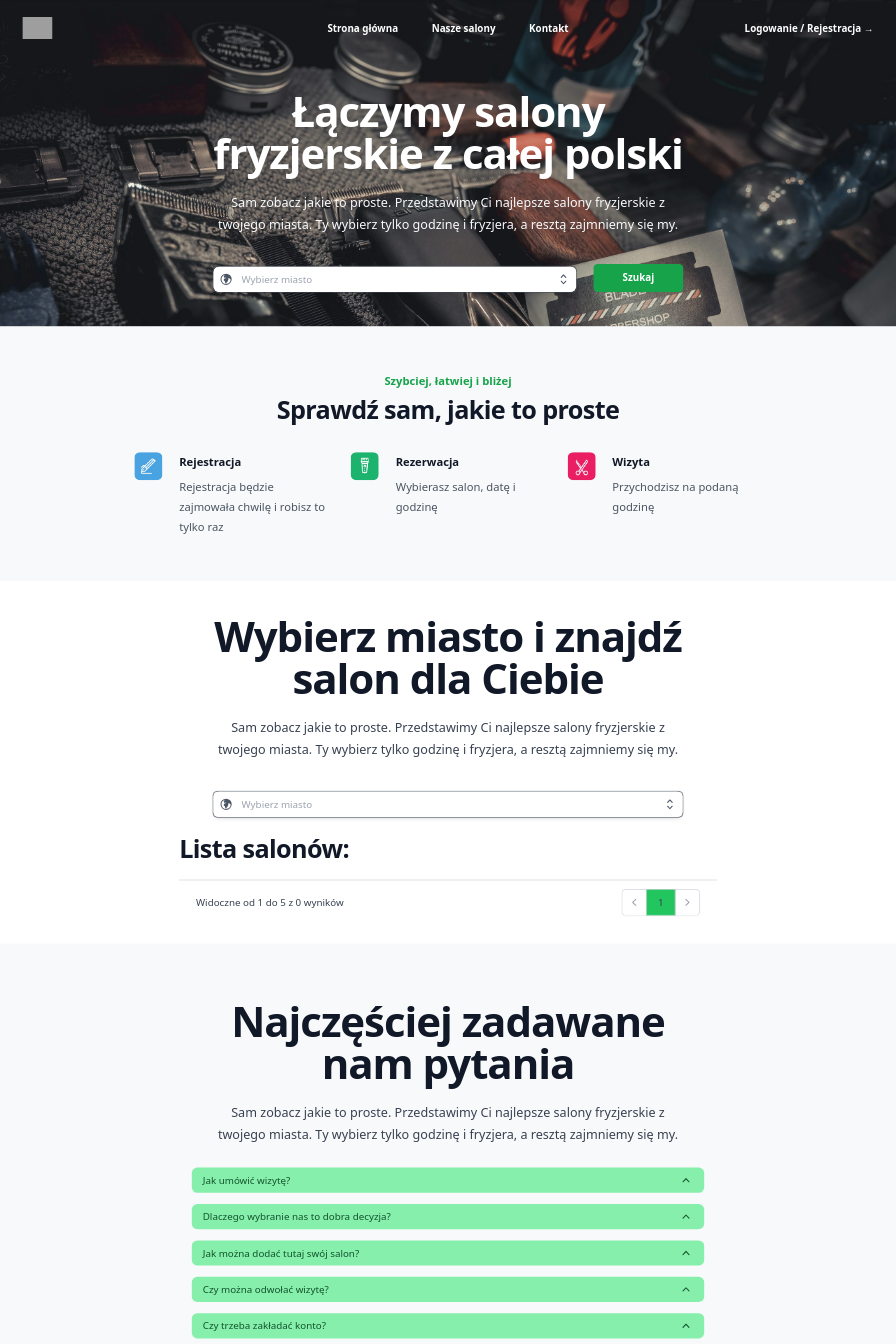
Repository: PrzemyslawJura/my-app
Page: / (app in frontend/)
These files come from the project's save history. The page is drawn as it stood at one moment and after the next save; the edit follows.
The browser window is 1280 px wide. The pictures show the part of the page from y = 0 to 1920 px (the page is 2697 px tall), at 70% of full size.
Pictures or frames that could not be fetched are drawn as grey boxes. The page's requests for data from a server got no answer. The project was rebuilt for these pictures with package versions that can differ from the ones it lists, and the page was loaded fresh each time. No one was signed in, and anything a server would have sent is missing. Also part of the build but not shown: frontend/src/home/Listbox.jsx, frontend/src/home/ListboxTime.jsx, frontend/src/home/StepOne.jsx, frontend/src/home/StepTwo.jsx, frontend/src/home/SalonOffer.jsx, frontend/src/components/Calendar.jsx, frontend/src/components/Tabs.jsx, frontend/src/biznes/CalendarOfWork.jsx and 18 more.

Above is the page before, as saved 2023-11-26 22:41:19.

### frontend/src/index.css
@tailwind base;
html {
  scroll-behavior: smooth;
}

@tailwind components;
@tailwind utilities;

### frontend/src/core/App.jsx
import BrowserRoutes from "./BrowserRoutes"
import FooterWithLogo from "./Footer"
import NavbarBiznes from "./NavbarBiznes";
import NavbarHome from "./NavbarHome";



export default function App() {
  let navigationBar = <NavbarHome/>
  function userIsLogin(user)
  {
    if (user == true) navigationBar = <NavbarBiznes/>
    else navigationBar = <NavbarHome/>
  }
  return (
    <>
      {userIsLogin(false)}
      {navigationBar}
      <BrowserRoutes/>
      <FooterWithLogo/>
    </>
  )
}

### frontend/src/core/BrowserRoutes.jsx
import Home from "../home/Home"
import CalendarOfWork from "../biznes/CalendarOfWork"
import SalonPage from "../biznes/SalonPage"
import Workers from "../biznes/Workers"
import { Route, Routes } from "react-router-dom"

export default function BrowserRoutes() {
  return (
      <Routes>
        <Route path="/" element={<Home/>}/>
        <Route path="/stronasalonu" element={<SalonPage/>}/>
        <Route path="/pracownicy" element={<Workers/>}/>
        <Route path="/kalendarz" element={<CalendarOfWork/>}/>
      </Routes>
  )
}

### frontend/src/core/Footer.jsx
import { Typography } from "@material-tailwind/react";

export default function FooterWithLogo() {
  return (
    <footer id="footer" className="w-full p-8 bg-slate-100">
      <div className="flex flex-row flex-wrap items-center justify-center gap-y-6 gap-x-12 text-center md:justify-between">
      <img
        className="h-8 w-auto"
        src="https://tailwindui.com/img/logos/mark.svg?color=green&shade=600"
        alt=""
      />
        <ul className="flex flex-wrap items-center gap-y-2 gap-x-8">
          <li>
            <Typography
              as="a"
              href="#"
              color="blue-gray"
              className="font-normal transition-colors hover:text-blue-500 focus:text-blue-500"
            >
              About Us
            </Typography>
          </li>
          <li>
            <Typography
              as="a"
              href="#"
              color="blue-gray"
              className="font-normal transition-colors hover:text-blue-500 focus:text-blue-500"
            >
              License
            </Typography>
          </li>
          <li>
            <Typography
              as="a"
              href="#"
              color="blue-gray"
              className="font-normal transition-colors hover:text-blue-500 focus:text-blue-500"
            >
              Contribute
            </Typography>
          </li>
          <li>
            <Typography
              as="a"
              href="#"
              color="blue-gray"
              className="font-normal transition-colors hover:text-blue-500 focus:text-blue-500"
            >
              Contact Us
            </Typography>
          </li>
        </ul>
      </div>
      <hr className="my-8 border-blue-gray-50" />
      <Typography color="blue-gray" className="text-center font-normal">
        &copy; 2023 Material Tailwind
      </Typography>
    </footer>
  );
}

### frontend/src/home/Home.jsx
import Location from '../components/Location'
import Feature from './Feature'
import ListOfSalons from './ListOfSalons'
import Faq from './Faq'
import Stats from './Stats'
import MainButton from '../shared_np_buttony_inputy_kalendarze_itp/MainButton'
import TitleAndParagraph from '../shared_np_buttony_inputy_kalendarze_itp/TitleAndParagraph'
import { useState } from 'react'

const mainTitle = 'Łączymy salony fryzjerskie z całej polski';
const mainParagraph = 'Sam zobacz jakie to proste. Przedstawimy Ci najlepsze salony fryzjerskie z twojego miasta. Ty wybierz tylko godzinę i fryzjera, a resztą zajmniemy się my.';
const searchTitle = 'Wybierz miasto i znajdź salon dla Ciebie';
const searchParagraph = 'Sam zobacz jakie to proste. Przedstawimy Ci najlepsze salony fryzjerskie z twojego miasta. Ty wybierz tylko godzinę i fryzjera, a resztą zajmniemy się my.';


export default function Home() {
  const [search, setSearch] = useState("");
  return (
    <>
      <div className='min-h-screen bg-bgGray'>
        <div className="relative isolate bg-main-image bg-cover">
          <div className="mx-auto max-w-2xl pt-20 lg:pt-32 pb-12 text-center">
            <TitleAndParagraph title = {mainTitle} paragraph={mainParagraph} h1Color="text-white" pColor="text-slate-50"/>
            <div className="mt-10 flex items-center justify-center gap-x-6">
              <Location setSearch={setSearch} search={search}></Location>
              <a href="#salons">
                <MainButton text="Szukaj"/>
              </a>
            </div>
          </div>
        </div>
        <Feature></Feature>
      </div>

      <div id="salons" className="mx-auto max-w-2xl pt-10 lg:pt-12 pb-4 text-center">
        <TitleAndParagraph title = {searchTitle} paragraph={searchParagraph} h1Color="text-gray-900" pColor="text-gray-700"/>
        <div className="mt-10 flex items-center justify-center gap-x-6">
          <Location setSearch={setSearch}  search={search}></Location>
          {/*<MainButton text="Szukaj"/>*/}
        </div>
      </div>

      <div className='w:4/5 lg:w-3/5 m-auto'>
        <ListOfSalons search={search}/>
      </div>

      <Faq></Faq>
      <Stats></Stats>
    </>
  )
}

### frontend/src/home/Feature.jsx
import stepone from '../assets/stepone.jpg'
import steptwo from '../assets/steptwo.jpg'
import stepthree from '../assets/stepthree.jpg'

const features = [


  {
    name: 'Rejestracja',
    description:
      'Rejestracja będzie zajmowała chwilę i robisz to tylko raz',
    icon: stepone,
  },
  {
    name: 'Rezerwacja',
    description:
      'Wybierasz salon, datę i godzinę',
    icon: steptwo,
  },
  {
    name: 'Wizyta',
    description:
      'Przychodzisz na podaną godzinę',
    icon: stepthree,
  },
]

export default function Feature() {
  return (
    <div className="py-8 lg:py-16">
      <div className="mx-auto max-w-7xl px-6 lg:px-8">
        <div className="mx-auto max-w-xl lg:text-center">
          <h2 className="text-base font-semibold leading-7 text-green-600">Szybciej, łatwiej i bliżej</h2>
          <p className="mt-2 text-3xl font-bold tracking-tight text-gray-900 sm:text-4xl">
            Sprawdź sam, jakie to proste
          </p>
        </div>
        <div className="mx-auto mt-10 max-w-2xl lg:max-w-4xl">
          <dl className="grid max-w-2xl grid-cols-1 gap-x-8 gap-y-10 lg:max-w-none lg:grid-cols-3 lg:gap-y-16">
            {features.map((feature) => (
              <div key={feature.name} className="relative pl-16">
                <dt className="text-base font-semibold leading-7 text-gray-900">
                  <div className="absolute left-0 top-0 flex h-10 w-10 items-center justify-center  ">
                      <img className='rounded-lg h-10 w-10' src={feature.icon}></img>
                  </div>
                  {feature.name}
                </dt>
                <dd className="mt-2 text-base leading-7 text-gray-600">{feature.description}</dd>
              </div>
            ))}
          </dl>
        </div>
      </div>
    </div>
  )
}

### frontend/src/home/ListOfSalons.jsx
import Pagination from './Pagination';
import SalonOffer from './SalonOffer';
import { useEffect, useState } from 'react';



  export default function ListOfSalons({search}) {
    const [result, setResolut] = useState(()=> {return 0});
    const [salons, setSalons] = useState([]);
    const [page, setPage] = useState(1);
    useEffect(() => {
      if (search == "")
      {
        setResolut(salons.length)
      }
      else
      {
        console.log(search)
        setResolut((salons.filter(item=>item.address.city.cityName.includes(search.cityName)).length))
      }

      console.log(result)
    })
    const searchCity = ()=>
    {
        if (search == "")
        {
          console.log(salons.filter(item=>item.address.city.cityName.includes("")));
          return salons.filter(item=>item.address.city.cityName.includes(""))
        }
        console.log("page"+page);
        return salons.filter(item=>item.address.city.cityName.includes(search.cityName));
    }

    useEffect(() => {
      fetch('https://localhost:7230/Salons')
        .then((res) => res.json())
        .then((result) => {
          setSalons(result);
          console.log(result)
        });
    }, [])

    return (
      <>
        <div className="flex items-baseline justify-between border-b border-gray-200 pb-6">
          <h1 className="text-4xl font-bold tracking-tight text-gray-900 mt-2">Lista salonów:</h1>
            <div className="flex items-center">
             {/* <Dropdown title="Sortuj" options={sortOptions}/>*/}
            </div>
        </div>
        <ul role="list" className="divide-y divide-gray-100">
          {searchCity(salons).slice(5*page-5,5*page).map((person) => (
            <li key={person.id} className="flex justify-between gap-x-6 py-5">
              <SalonOffer person={person}/>
            </li>
          ))}
        </ul>
        <Pagination result={result} setPage={setPage} page={page}></Pagination>
        {console.log("page"+page)}
      </>
    )
  }

### frontend/src/home/Faq.jsx
import { Disclosure } from '@headlessui/react'
import { ChevronUpIcon } from '@heroicons/react/20/solid'

const questions = [
    {
        question: "Jak umówić wizytę?",
        answer: "To takie proste",
    },
    {
        question: "Dlaczego wybranie nas to dobra decyzja?",
        answer: "To takie prost",
    },
    {
        question: "Jak można dodać tutaj swój salon?",
        answer: "To takie prost",
    },
    {
        question: "Czy można odwołać wizytę?",
        answer: "To takie prost",
    },
    {
        question: "Czy trzeba zakładać konto?",
        answer: "To takie prost",
    },
    {
        question: "Czy trzeba coś dodatkowo płacić za korzystanie z aplkacji?",
        answer: "To takie prost",
    },
]

export default function Faq() {
  return (
    <div className="w-full px-4 pt-6 pb-12 bg-bgGray">
      <div className="mx-auto w-3/5 rounded-2xl p-2">

      <div className="mx-auto max-w-2xl pt-10 lg:pt-12 pb-4">
          <div className="text-center">
            <h1 className="text-4xl font-bold tracking-tight text-gray-900 sm:text-6xl">
              Najczęściej zadawane nam pytania
            </h1>
            <p className="mt-6 text-lg leading-8 text-gray-700">
              Sam zobacz jakie to proste. Przedstawimy Ci najlepsze salony fryzjerskie z twojego miasta.
              Ty wybierz tylko godzinę i fryzjera, a resztą zajmniemy się my.
            </p>
            </div>
        </div>


        {questions.map((q) =>(
            <Disclosure>
            {({ open }) => (
                <>
                <Disclosure.Button className="my-4 flex w-full justify-between rounded-lg bg-green-300 px-4 py-2 text-left text-sm font-medium text-green-900 hover:bg-green-400 focus:outline-none focus-visible:ring focus-visible:ring-green-500 focus-visible:ring-opacity-75">
                    <span>{q.question}</span>
                    <ChevronUpIcon
                    className={`${
                        open ? 'rotate-180 transform' : ''
                    } h-5 w-5 text-grren-500`}
                    />
                </Disclosure.Button>
                <Disclosure.Panel className="px-4 pt-4 pb-2 text-sm text-gray-600">
                    {q.answer}
                </Disclosure.Panel>
                </>
            )}
            </Disclosure>
        ))}
      </div>
    </div>
  )
}

### frontend/src/home/Stats.jsx
const stats = [


    { id: 1, name: 'Liczba salonów w Polsce', value: '44 million' },
    { id: 2, name: 'Liczba umówionych wizyt', value: '119 trillion' },
    { id: 3, name: 'Nowych użytkowników', value: '46,000' },
  ]

  export default function Stats() {
    return (
      <div className="bg-white py-20">

        <div className="mx-auto max-w-2xl pb-4">
          <div className="text-center">
            <h1 className="text-4xl font-bold tracking-tight text-gray-900 sm:text-6xl">
              Możemy pochwalić się takimi statystykami
            </h1>
            <p className="mt-6 text-lg leading-8 text-gray-700">
              Sam zobacz jakie to proste. Przedstawimy Ci najlepsze salony fryzjerskie z twojego miasta.
              Ty wybierz tylko godzinę i fryzjera, a resztą zajmniemy się my.
            </p>
            </div>
        </div>

        <div className="mx-auto max-w-7xl px-6 lg:px-8">
          <dl className="grid grid-cols-1 gap-x-8 gap-y-16 text-center lg:grid-cols-3">
            {stats.map((stat) => (
              <div key={stat.id} className="mx-auto flex max-w-xs flex-col gap-y-4">
                <dt className="text-base leading-7 text-gray-600">{stat.name}</dt>
                <dd className="order-first text-3xl font-semibold tracking-tight text-gray-900 sm:text-5xl">
                  {stat.value}
                </dd>
              </div>
            ))}
          </dl>
        </div>
      </div>
    )
  }

### frontend/src/shared_np_buttony_inputy_kalendarze_itp/MainButton.jsx
export default function MainButton({text}) {
    return (
        <button
        type="submit"
        className="w-20 sm:w-32 flex-none rounded-md bg-green-600 px-3.5 py-2.5 text-sm font-semibold max-h-10 my-auto
                   text-white shadow-sm hover:bg-green-400 focus-visible:outline focus-visible:outline-2
                   focus-visible:outline-offset-2 focus-visible:outline-indigo-500"
        >
        {text}
        </button>
    )}

### frontend/src/shared_np_buttony_inputy_kalendarze_itp/TitleAndParagraph.jsx
export default function TitleAndParagraph({title, paragraph, h1Color, pColor}) {
    return (
        <>
            <h1 className={"text-4xl font-bold tracking-tight sm:text-6xl " + h1Color}>
                {title}
            </h1>
            <p className={"mt-6 text-lg leading-8 " + pColor}>
                {paragraph}
            </p>
        </>
    )}

### frontend/src/home/Pagination.jsx
import { ChevronLeftIcon, ChevronRightIcon } from '@heroicons/react/20/solid'
import PaginationTile from '../shared_np_buttony_inputy_kalendarze_itp/PaginationTile'
import { useState } from 'react'

export default function Pagination({result, setPage, page}) {
  const [ count, setCount ] =useState([])
  function paginationCount(result)
  {
    result=(result+5)/5
    for (let x = 1; x <= result; x++)
    {
      count.push(x)
      console.log(x)
    }
  }

  function paginationCountRemover(result)
  {
    result=(result+5)/5
    for (let x = 1; x <= result; x++)
    {
      count.pop(x)
    }
  }

  return (
    <div className="flex items-center justify-between border-t border-gray-200 bg-white px-4 pt-3 pb-10 sm:px-6">
      {paginationCount(result)}
      <div className="flex flex-1 justify-between sm:hidden">
        <PaginationTile title="Poprzednie" rounded="rounded-md"/>
        <PaginationTile title="Następny" rounded="rounded-md"/>
      </div>
      <div className="hidden sm:flex sm:flex-1 sm:items-center sm:justify-between">
        <div>
          <p className="text-sm text-gray-700">
            Widoczne od <span className="font-medium">1</span> do <span className="font-medium">5</span> z{' '}
            <span className="font-medium">{result}</span> wyników
          </p>
        </div>
        <nav className=" inline-flex -space-x-px rounded-md shadow-sm" aria-label="Pagination">
            <a
              onClick={page > 1 ? () => setPage((prev)=>prev-1) : () => setPage(1)}
              className="inline-flex items-center rounded-l-md px-2 py-2 text-gray-400 ring-1 ring-inset ring-gray-300 hover:bg-gray-100 focus:z-20 focus:outline-offset-0"
            >
              <span className="sr-only">Poprzedni</span>
              <ChevronLeftIcon className="h-5 w-5" aria-hidden="true" />
            </a>
            {count.map((item) =>(
              <PaginationTile title={item} rounded="" setPage={setPage} page={page}/>
            ))}

            <a
              onClick={page < count.length ? () => setPage((prev)=>prev+1) : console.log()}
              className="inline-flex items-center rounded-r-md px-2 py-2 text-gray-400 ring-1 ring-inset ring-gray-300 hover:bg-gray-100 focus:z-20 focus:outline-offset-0"
            >
              <span className="sr-only">Następna</span>
              <ChevronRightIcon className="h-5 w-5" aria-hidden="true" />
            </a>
          </nav>
      </div>
      {paginationCountRemover(result)}
    </div>
  )
}

### frontend/src/shared_np_buttony_inputy_kalendarze_itp/PaginationTile.jsx
import { useEffect, useState } from 'react'

export default function PaginationTile({title, rounded, setPage, page}) {
    return (
      <>
          <a
            onClick={() => setPage(title)}
            className={"cursor-pointer inline-flex items-center border border-gray-300 px-4 py-2 text-sm font-medium text-gray-700 hover:bg-gray-100 "
             + rounded + `${page === title ? " bg-green-500" : ""}`}
          >
            {title}
          </a>
      </>
    )}

Loaded but not shown: frontend/public/index.html (common file); frontend/src/reportWebVitals.js (common file); frontend/src/index.js (20 lines, source omitted); frontend/tailwind.config.js (19 lines, source omitted); frontend/src/components/Location.jsx (102 lines, source omitted); frontend/src/core/NavbarHome.jsx (111 lines, source omitted)

After the next save:
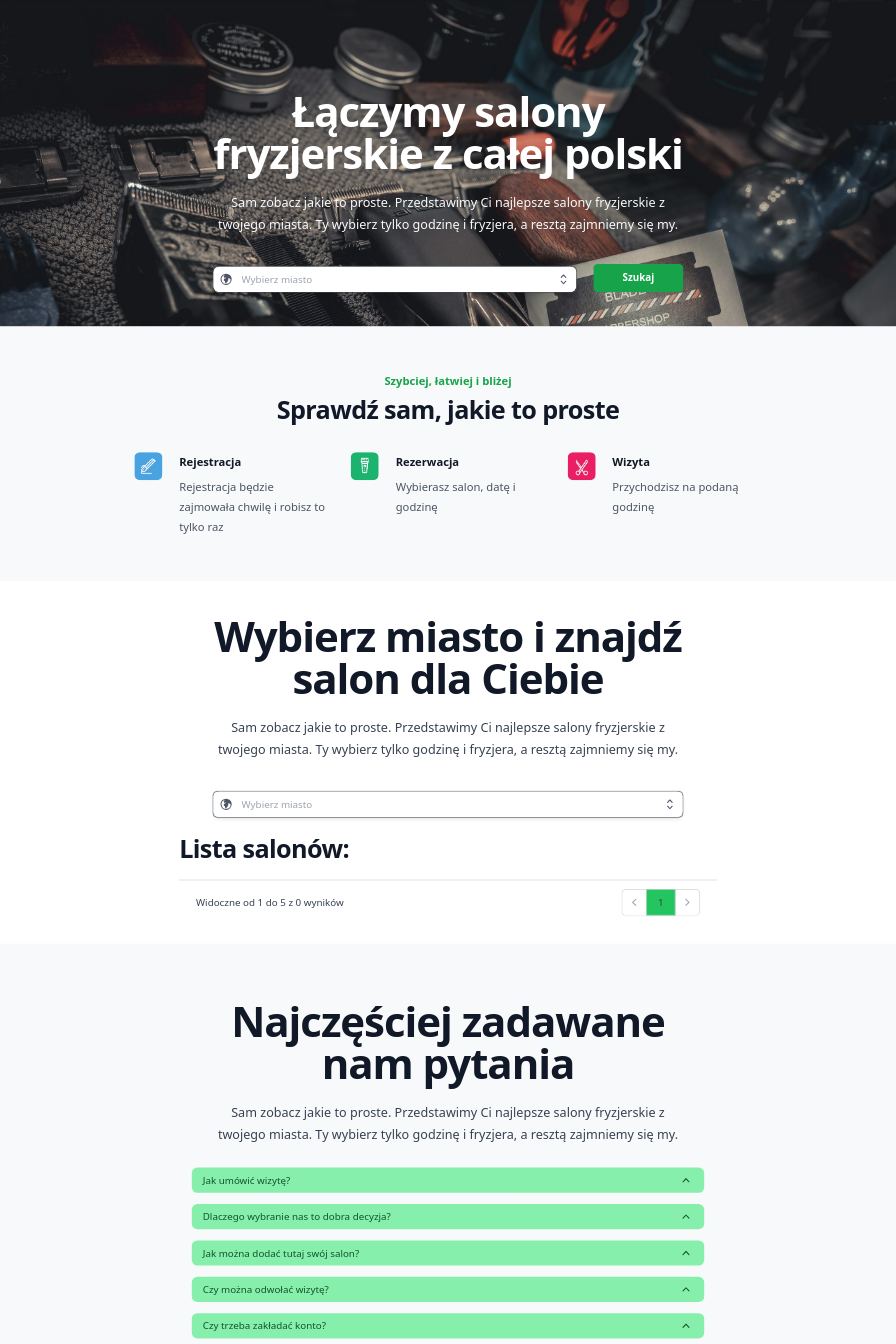
Saved 4 min 59 s later.
--- a/frontend/src/core/App.jsx
+++ b/frontend/src/core/App.jsx
@@ -1,21 +1,10 @@
 import BrowserRoutes from "./BrowserRoutes"
 import FooterWithLogo from "./Footer"
-import NavbarBiznes from "./NavbarBiznes";
-import NavbarHome from "./NavbarHome";
-
-
 
 export default function App() {
-  let navigationBar = <NavbarHome/>
-  function userIsLogin(user)
-  {
-    if (user == true) navigationBar = <NavbarBiznes/>
-    else navigationBar = <NavbarHome/>
-  }
+
   return (
     <>
-      {userIsLogin(false)}
-      {navigationBar}
       <BrowserRoutes/>
       <FooterWithLogo/>
     </>

After the save that followed:
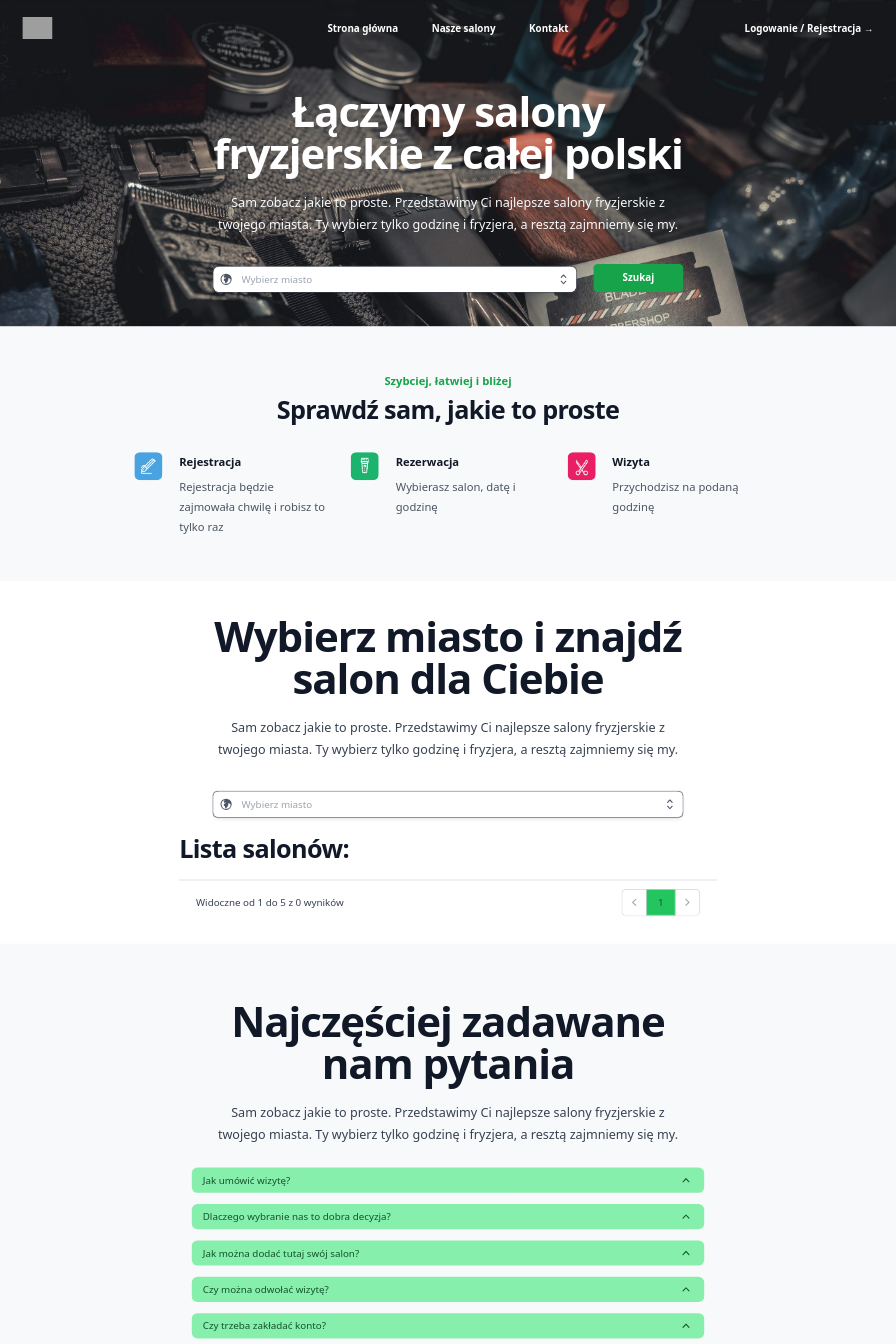
Saved 72 s later.
--- a/frontend/src/home/Home.jsx
+++ b/frontend/src/home/Home.jsx
@@ -6,6 +6,7 @@ import Stats from './Stats'
 import MainButton from '../shared_np_buttony_inputy_kalendarze_itp/MainButton'
 import TitleAndParagraph from '../shared_np_buttony_inputy_kalendarze_itp/TitleAndParagraph'
 import { useState } from 'react'
+import NavbarHome from '../core/NavbarHome'
 
 const mainTitle = 'Łączymy salony fryzjerskie z całej polski';
 const mainParagraph = 'Sam zobacz jakie to proste. Przedstawimy Ci najlepsze salony fryzjerskie z twojego miasta. Ty wybierz tylko godzinę i fryzjera, a resztą zajmniemy się my.';
@@ -17,6 +18,7 @@ export default function Home() {
   const [search, setSearch] = useState("");
   return (
     <>
+<NavbarHome/>
       <div className='min-h-screen bg-bgGray'>
         <div className="relative isolate bg-main-image bg-cover">
           <div className="mx-auto max-w-2xl pt-20 lg:pt-32 pb-12 text-center">
